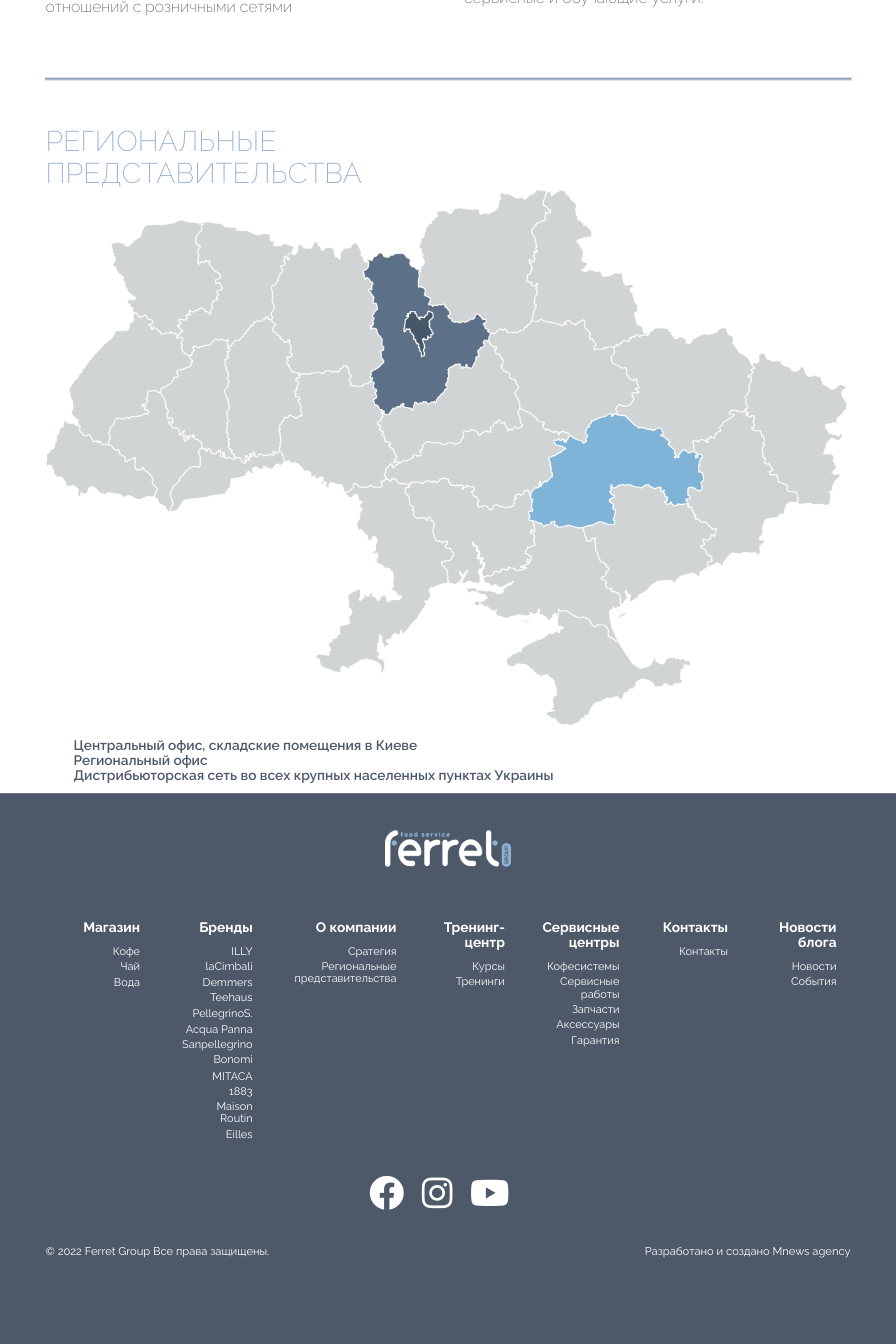
Repository: fanbear/ferret
Page: about.html
An editor plug-in stored every save of this project. The page is shown before and after the next save, followed by the edit.
The browser window is 1280 px wide. The pictures show the part of the page from y = 1323 to 3243 px (the page is 3243 px tall), at 70% of full size.

Above is the page before, as saved 2022-02-03 14:10:17.

### about.html
<!DOCTYPE html>
<html lang="en">

<head>
    <meta charset="UTF-8">
    <meta http-equiv="X-UA-Compatible" content="IE=edge">
    <meta name="viewport" content="width=device-width, initial-scale=1.0">
    <title>Document</title>
    <link preload
        href="https://fonts.googleapis.com/css2?family=Raleway:ital,wght@0,100;0,200;0,300;0,400;0,500;0,600;0,700;0,800;1,100;1,200;1,300;1,400;1,500;1,600;1,700&display=swap"
        rel="stylesheet">

    <link rel="stylesheet" href="./css/normalize.css">
    <link rel="stylesheet" href="./css/critical.css">
    <link rel="stylesheet" href="./css/media.css">

</head>

<body>
    <header class="flex-container main__header">
        <div class="flex-row">
            <div class="main__header-wrapper">
                <div class="header__wrapper-logo">
                    <a href=""><img src="./img/logotype.png" alt="ferretGroup" width="180" height="52"></a>
                </div>
                <nav class="header__wrapper-menu">
                    <ul>
                        <li><a href="#">Магазин</a></li>
                        <li><a href="#">Бренды</a></li>
                        <li class="active"><a href="#">О компании</a></li>
                        <li><a href="#">Тренинг-центр</a></li>
                        <li><a href="#">Сервисные центры</a></li>
                        <li><a href="#">Контакты</a></li>
                        <li><a href="#">Новости</a></li>
                    </ul>
                </nav>
                <div class="header__wrapper-actions">
                    <div class="wrapper__actions-search">
                        <a href="#"><img src="./img/search.png" alt="Поиск" width="28" height="28"></a>
                    </div>
                    <div class="wrapper__actions-language">
                        <a href="#">En</a>
                        <a class="active" href="#">Ua</a>
                    </div>
                    <div class="wrapper__actions-busket">
                        <img src="./img/basket.png" alt="корзина" width="28" height="25">
                        <span>1</span>
                    </div>
                </div>
            </div>
        </div>
    </header>
    <main class="flex-container main__content">
        <section class="about__head" style="background-image: url('./img/about-bg.webp');">
            <div class="flex-row">
                <div class="about__head-title">
                    <h1>
                        <span>О КОМПАНИИ</span>
                        <strong>Ferret Group</strong>
                        <hr>
                    </h1>
                </div>
                <div class="about__head-desc">
                    ООО «Феррет Груп» – профессиональная сервисная компания
                    предоставляющая оптимальный бизнес-комплекс, который включает в себя всемирно-известные бренды.
                </div>
            </div>
        </section>
        <section class="about__body">
            <div class="flex-row">
                <div class="breadcrumbs">
                    <ul>
                        <!-- Breadcrumb NavXT 7.0.2 -->
                        <li class="home post post-page">
                            <a title="Перейти к web-heaven." href="#">Главная</a>
                        </li>
                        <li class="post post-page current-item">
                            <span class="post post-page current-item">О компании</span>
                        </li>
                    </ul>
                </div>
                <div class="about__body-desc">
                    <div class="about__desc-item">
                        <h2>СТРАТЕГИЯ</h2>
                        <p>Долгосрочное партнерство и взаимовыгодное сотрудничество в сегментах КаБаРе и Офисов по
                            направлению премиальных
                            продуктов: кофе, чай и минеральные воды. Работа в сегменте Ритейл, путем построения
                            долгосрочных и прозрачных отношений
                            с розничными сетями</p>
                    </div>
                    <div class="about__desc-item">
                        <h2>КОНЦЕПЦИЯ</h2>
                        <p>«Феррет Груп» предоставляет оптимальный бизнес-комплекс, который включает в себя
                            всемирно-известные бренды: illy,
                            S.Pellegrino, Acqua Panna, la Cimbali, Althaus, а также сопутствующие сервисные и обучающие
                            услуги.</p>
                    </div>
                </div>
                <hr class="about__body-line">
                <div class="about__body-map">
                    <div class="about__map-title">РЕГИОНАЛЬНЫЕ
                        ПРЕДСТАВИТЕЛЬСТВА</div>
                    <div class="about__map-img">
                        <img src="./img/map.png" alt="РЕГИОНАЛЬНЫЕ ПРЕДСТАВИТЕЛЬСТВА ferretGroup">
                    </div>
                    <div class="about__map-desc">
                        <ul>
                            <li>Центральный офис, складские помещения в Киеве</li>
                            <li>Региональный офис</li>
                            <li>Дистрибьюторская сеть во всех крупных населенных
                                пунктах Украины</li>
                        </ul>
                    </div>
                </div>
            </div>
        </section>
    </main>
    <footer class="flex-containe main__footer">
        <div class="flex-row">
            <div class="main__footer-logotype"><img src="./img/logotype.png" alt="ferretGroup" width="180" height="52">
            </div>
            <div class="main__footer-menu">
                <div class="footer__menu-item">
                    <div class="footer__menu-item__title">Магазин</div>
                    <ul class="footer__menu-item__list">
                        <li><a href="#">Кофе</a></li>
                        <li><a href="#">Чай</a></li>
                        <li><a href="#">Вода</a></li>
                    </ul>
                </div>
                <div class="footer__menu-item">
                    <div class="footer__menu-item__title">Бренды</div>
                    <ul class="footer__menu-item__list">
                        <li><a href="#">ILLY</a></li>
                        <li><a href="#">laCimbali</a></li>
                        <li><a href="#">Demmers</a></li>
                        <li><a href="#">Teehaus</a></li>
                        <li><a href="#">Pellegrino</a>S.</li>
                        <li><a href="#">Acqua Panna</a></li>
                        <li><a href="#">Sanpellegrino</a></li>
                        <li><a href="#">Bonomi</a></li>
                        <li><a href="#">MITACA</a></li>
                        <li><a href="#">1883</a></li>
                        <li><a href="#">Maison Routin</a></li>
                        <li><a href="#">Eilles</a></li>
                    </ul>
                </div>
                <div class="footer__menu-item">
                    <div class="footer__menu-item__title">О компании</div>
                    <ul class="footer__menu-item__list">
                        <li><a href="#">Сратегия</a></li>
                        <li><a href="#">Региональные представительства</a></li>
                    </ul>
                </div>
                <div class="footer__menu-item">
                    <div class="footer__menu-item__title">Тренинг-центр</div>
                    <ul class="footer__menu-item__list">
                        <li><a href="#">Курсы</a></li>
                        <li><a href="#">Тренинги</a></li>
                    </ul>
                </div>
                <div class="footer__menu-item">
                    <div class="footer__menu-item__title">Сервисные центры</div>
                    <ul class="footer__menu-item__list">
                        <li><a href="#">Кофесистемы</a></li>
                        <li><a href="#">Сервисные работы</a></li>
                        <li><a href="#">Запчасти</a></li>
                        <li><a href="#">Аксессуары</a></li>
                        <li><a href="#">Гарантия</a></li>
                    </ul>
                </div>
                <div class="footer__menu-item">
                    <div class="footer__menu-item__title">Контакты</div>
                    <ul class="footer__menu-item__list">
                        <li><a href="#">Контакты</a></li>
                    </ul>
                </div>
                <div class="footer__menu-item">
                    <div class="footer__menu-item__title">Новости блога</div>
                    <ul class="footer__menu-item__list">
                        <li><a href="#">Новости</a> </li>
                        <li><a href="#">События</a></li>
                    </ul>
                </div>
            </div>
            <div class="main__footer-social">
                <a href="#"><i class="fab fa-facebook"></i></a>
                <a href="#"><i class="fab fa-instagram"></i></a>
                <a href=""><i class="fab fa-youtube"></i></a>
            </div>
            <div class="main__footer-bottom">
                <div class="footer__bottom-item"><a href="#">© 2022 Ferret Group Все права защищены.</a></div>
                <div class="footer__bottom-item"><a href="#">Разработано и создано Mnews agency</a></div>
            </div>
        </div>



        <link rel="stylesheet" href="./css/main.css">
        <link rel="stylesheet" type="text/css" href="./css/slick.css" />
        <link preload rel="stylesheet" href="https://use.fontawesome.com/releases/v5.15.4/css/all.css"
            integrity="sha384-DyZ88mC6Up2uqS4h/KRgHuoeGwBcD4Ng9SiP4dIRy0EXTlnuz47vAwmeGwVChigm" crossorigin="anonymous">
        <script src="https://code.jquery.com/jquery-3.6.0.min.js"
            integrity="sha256-/xUj+3OJU5yExlq6GSYGSHk7tPXikynS7ogEvDej/m4=" crossorigin="anonymous"></script>
        <script src="https://ajax.googleapis.com/ajax/libs/jquery/1.12.3/jquery.min.js"></script>
        <script type="text/javascript" src="./js/slick.min.js"></script>

        <script src="./js/main.js"></script>
        <script>
            $(document).ready(function () {
                $('').slick({
                    slidesToShow: 1,
                    slidesToScroll: 1,
                    rows: 3,
                    slidesPerRow: 3,
                    // autoplay: true,
                    infinite: false,
                    autoplaySpeed: 2000,
                    prevArrow: "<button type='button' class='slick-prev pull-left'><span class='btn-arrow'></span></button>",
                    nextArrow: "<button type='button' class='slick-next pull-left'><span class='btn-arrow'></button>",
                });
            });
        </script>
    </footer>

</body>

</html>

### css/main.css
/* Стрелка в кнопках */
.btn-arrow {
    width: 56px;
    background: white;
    height: 2px;
    display: flex;
    margin-left: 12px;
    position: relative;
}

.btn-arrow::before {
    content: '';
    display: block;
    width: 10px;
    height: 2px;
    background: inherit;
    right: -1px;
    position: absolute;
    transform: rotate(45deg);
    top: -3px;
}

.btn-arrow::after {
    content: '';
    display: block;
    width: 10px;
    height: 2px;
    background: inherit;
    right: -1px;
    position: absolute;
    transform: rotate(-45deg);
    top: 3px;
}

/* Портфолио */
.main__text {
    height: 90px;
    width: 100%;
    background-color: #4d5868;
    display: flex;
    align-items: center;
}

.main__text-item {
    font-size: 2.4em;
}

.main__text-link {
    margin-top: 30px;
    border: 1px solid white;
    border-radius: 10px;
    padding: 13px 45px 11px 50px;
    max-width: 400px;
    margin: 0 auto;
}

.main__text-link a {
    font-size: 1.45em;
    display: flex;
    align-items: center;
}

.briefcase__item {
    background-size: cover;
    background-repeat: no-repeat;
    background-position: center;
    padding: 228px 0 172px 0;
}

.briefcase__item-right {
    display: flex;
    align-items: flex-end;
    flex-direction: column;
    margin: 0 right;
}

.briefcase__item-left {
    display: flex;
    align-items: flex-start;
    flex-direction: column;
    margin: 0 right;
}

.briefcase__item-title {
    font-size: 3.59em;
    font-weight: 600;
}

.briefcase__item-text {
    margin-top: 10px;
    font-size: 1.8em;
    max-width: 490px;
}

.briefcase__item-link {
    margin-top: 30px;
    border: 1px solid white;
    border-radius: 10px;
    padding: 16px 12px 12px 16px;
}

.briefcase__item-left .briefcase__item-link {
    margin-top: 60px;
}

.briefcase__item-link a {
    font-size: 1.45em;
    display: flex;
    align-items: center;
    font-weight: 700;
}

/* Про компанию */
.about {
    background-color: #8fb2d5;
}

.about__wrapper-item {
    display: flex;
    justify-content: space-between;
    flex: wrap;
}

.about__wrapper-text {
    flex: 1 1 50%;
    margin-right: 15px;
    padding: 85px 0 36px 0;
}

.about__wrapper-img {
    flex: 1 1 50%;
    margin-left: 15px;
    background-size: cover;
    background-repeat: no-repeat;
}


.about__wrapper-title {
    font-size: 2.4em;
    font-weight: bold;
    text-transform: uppercase;
}

.about__wrapper-desc {
    margin: 75px 0 46px 80px;
    font-size: 1.8em;
    color: #000000;
    font-weight: 300;
    word-break: break-all;
}

.about__wrapper-link {
    display: flex;
}

.about__wrapper-link a {
    border: 1px solid white;
    border-radius: 10px;
    padding: 24px 16px 18px 22px;
    display: flex;
    align-items: center;
    font-size: 1.8em;
    font-weight: 600;
}

/* Новости блога */
.blog__news {
    padding-top: 80px;
    padding-bottom: 120px;
}

.blog__news-text {
    display: flex;
    justify-content: space-between;
    align-items: center;
    margin-bottom: 43px;
}

.news-text__title {
    font-size: 2.3em;
    font-weight: 700;
    color: #4d5868;
    text-transform: uppercase;
}

.news-text__link a {
    color: #8fb2d5;
    font-size: 1.2em;
    display: flex;
    align-items: center;
}

.news-text__link span {
    background: #8fb2d5;
}

.slider__item {
    display: flex;
    flex-direction: column;
    align-items: center
}

.slider__item-image {
    width: 100%;
    height: 267px;
    display: flex;
    background-size: cover;
    background-repeat: no-repeat;
    background-position: center;
}

.slider__item-title {
    height: 115px;
    display: flex;
    align-items: center;
    padding: 0 20px;
    background: #4d5868;
    box-sizing: border-box;
    font-size: 1.2em;
    font-weight: 700;
    margin-top: -1px;
    /* word-break: break-all; */
}

.slider__item-text {
    height: 150px;
    border: 1px solid #4d5868;
    border-radius: 0 0px 10px 10px;
    box-sizing: border-box;
    padding: 10px 20px 0 20px;
    display: flex;
    flex-direction: column;
    justify-content: space-between;
    /* word-break: break-all; */
}

.slider__item-text p {
    color: #000000;
    font-size: 1.2em;
    font-weight: 300;
    margin: 0;
}

.slider__item-text-link {
    margin: 15px 0;

}

.slider__item-text-link a {
    height: 15px;
    display: flex;
    align-items: center;
}

.slider__item-text-link a span {
    background: #8fb2d5;
    margin: 0;

}

.blog__news-slider .slick-slide {
    margin: 0 15px;
}

.blog__news-slider .slick-list {
    margin: 0 -15px !important;
}

.blog__news-slider .slick-prev,
.blog__news-slider .slick-next {
    border: 0;
    position: absolute;
    top: calc(50% - 22px);
    height: 43px;
    width: 63px;
    background: #8fb2d5;
    display: flex;
    justify-content: center;
    align-items: center;
    z-index: 1;
    cursor: pointer;
}

.blog__news-slider .slick-prev {
    border-radius: 0 10px 10px 0;
}

.blog__news-slider .slick-next {
    right: 0;
    border-radius: 10px 0 0 10px;
}

.blog__news-slider .slick-prev span {
    margin: 0;
    transform: rotate(180deg);
}

.blog__news-slider .slick-next span {
    marign: 0;
}

/* Footer */
.main__footer {
    background: #4d5868;
    padding-bottom: 125px;
}

.main__footer-logotype {
    margin: 53px auto 73px auto;
}

.main__footer-menu {
    display: flex;
    justify-content: space-between;
}

.footer__menu-item {
    flex: 1 1 calc(100% / 7);
    padding-right: 20px;
}

.footer__menu-item__title {
    font-size: 1.4em;
    font-weight: bold;
    text-align: right;
}

.footer__menu-item__list li {
    list-style: none;
    text-align: right;
    font-size: 1.12em;
    margin-bottom: 5px;
}

.main__footer-social {
    display: flex;
    justify-content: center;
    align-items: center;
    margin-top: 35px;
    margin-bottom: 50px;
}

.main__footer-social a {
    margin-right: 25px;

}

.main__footer-social a i {
    font-size: 50px;
}

.main__footer-bottom {
    display: flex;
    justify-content: space-between;
    align-items: center;
}

.footer__bottom-item a {
    font-size: 1.14em;
}


/* Шаблон страницы бренда */
.brand__product-filter {
    margin-top: 90px;
    margin-bottom: 76px;
    display: flex;
    flex-wrap: wrap;
    margin-left: -33px;
    margin-right: -33px;
}

.filter__item {
    flex: 1 1 calc(100% / 3 - 66px);
    margin: 23px 33px;
    height: 105px;
    overflow-y: hidden;
    border-bottom: 1px solid #4d5868;
    transition: 0.3s ease-out;
}

.filter__item-title a {
    font-size: 1.8em;
    color: #4d5868;
    font-weight: 200;
}

.filter__item-active {
    border-bottom: 1px solid #98b0d2;
}

.filter__item-active a {
    color: #98b0d2;
    font-weight: 400;
    transition: 0.3s ease-out;
}

.filter__item:hover .filter__item-title a {
    color: #98b0d2;
    transition: 0.3s ease-in;
}

.filter__item:hover {
    border-bottom: 1px solid #98b0d2;
    transition: 0.3s ease-in;
}

.product__group-title {
    display: flex;
    justify-content: space-between;
    align-items: center;
}

.product__group-btn__all {
    color: #4d5868;
    font-size: 1.4em;
    font-weight: 500;
    cursor: pointer;
    border-bottom: 1px solid transparent;
    transition: 0.4s;
}

.product__group-btn__all:hover {
    border-bottom: 1px solid #4d5868;
    transition: 0.4s;
}

.product__group-title h2 {
    color: #4d5868;
    font-size: 2.3em;
    font-weight: 500;
    margin-bottom: 40px;
}

.brand__product-wrapper {
    padding-bottom: 117px;
}

.product__group {
    display: flex !important;
    flex-wrap: wrap;
    max-height: calc(362px * 3 + 90px);
    height: auto;
    overflow-y: hidden;
    margin: 0 -15px;
}

.group__item-product {
    width: calc(100% / 3 - 30px);
    margin: 15px 15px;
    height: 362px;
    display: flex;
    justify-content: center;
    align-items: center;
    border-radius: 10px;
    border: 1px solid #8fb2d5;
    box-sizing: border-box;
    position: relative;
    animation: product-unhover 0.8s;
}

.group__item-product-hide {
    display: none;
}

.group__item-product-show {
    display: flex;
    animation: product-show 0.8s;
}

.group__item-product img {
    width: 100%;
}

.group__item-product span {
    position: absolute;
    bottom: 0;
    width: 0;
    background: #4d5868;
    height: 1px;
    width: 0;
    display: block;
    animation: product-unhover-span 0.4s;
}

.group__item-product:hover {
    border: 1px solid transparent;
    border-radius: 0;
    animation: product-hover 0.4s;
}

.group__item-product:hover span {
    width: 100%;
    animation: product-hover-span 0.8s;
}

@keyframes product-hover {
    0% {
        border-radius: 10px;
        border: 1px solid #8fb2d5;
    }

    50% {
        border-radius: 5px;
        border: 1px solid #c3dcf5;
    }

    100% {
        border-radius: 0;
        border: 1px solid transparent;
    }
}

@keyframes product-unhover {
    0% {
        border-radius: 0;
        border: 1px solid transparent;
    }

    50% {
        border-radius: 5px;
        border: 1px solid #c3dcf5;
    }

    100% {
        border-radius: 10px;
        border: 1px solid #8fb2d5;
    }
}

@keyframes product-hover-span {
    0% {
        width: 0;
    }

    100% {
        width: 100%;
    }
}

@keyframes product-unhover-span {
    0% {
        width: 100%;
    }

    100% {
        width: 0;
    }
}

@keyframes product-show {
    0% {
        transform: scale(0.2);
    }

    100% {
        transform: scale(1);
    }
}

.brand__product-more {
    color: #4d5868;
    font-size: 1.3em;
    display: none;
    width: 200px;
    justify-content: center;
    align-items: center;
    border: 1px solid #4d5868;
    padding: 15px;
    margin: 25px auto;
    cursor: pointer;
}

.brand__product-more__show {
    display: flex;
}

/* О нашей компании */
.about__body-desc {
    display: flex;
    justify-content: space-between;
    align-items: center;
}

.about__desc-item {
    display: flex;
    flex-direction: column;
    flex: 0 0 48%;
    margin-bottom: 90px;
}

.about__desc-item h2 {
    color: #98b0d2;
    font-size: 2.9em;
    font-weight: 400;
    margin: 0 0 24px 0;
}

.about__desc-item p {
    font-size: 1.6em;
    color: #4d5868;
    margin: 0;
    font-weight: 200;
}

.about__body-line {
    margin: 0;
    height: 2px;
    width: 100%;
    background-color: #98b0d2;
}

.about__body-map {
    display: flex;
    flex-direction: column;
    margin-top: 65px;
}

.about__map-title {
    font-size: 2.9em;
    color: #98b0d2;
    font-weight: 200;
    max-width: 45%;
}

.about__map-desc ul li {
    font-size: 1.4em;
    list-style: none;
    font-weight: 200;
    color: #4d5868;
}

.about__map-desc ul li:nth-child(1) {
    color: #4d5868;
    font-weight: 600;
}

.about__map-desc ul li:nth-child(2) {
    color: #4d5868;
    font-weight: 600;
}

.about__map-desc ul li:nth-child(3) {
    color: #4d5868;
    font-weight: 600;
}

Loaded but not shown: css/normalize.css (library); css/slick.css (common file); js/slick.min.js (library); js/main.js (131 lines, source omitted); css/critical.css (374 lines, source omitted); css/media.css (no stored copy; drawn as an empty file)

After the next save:
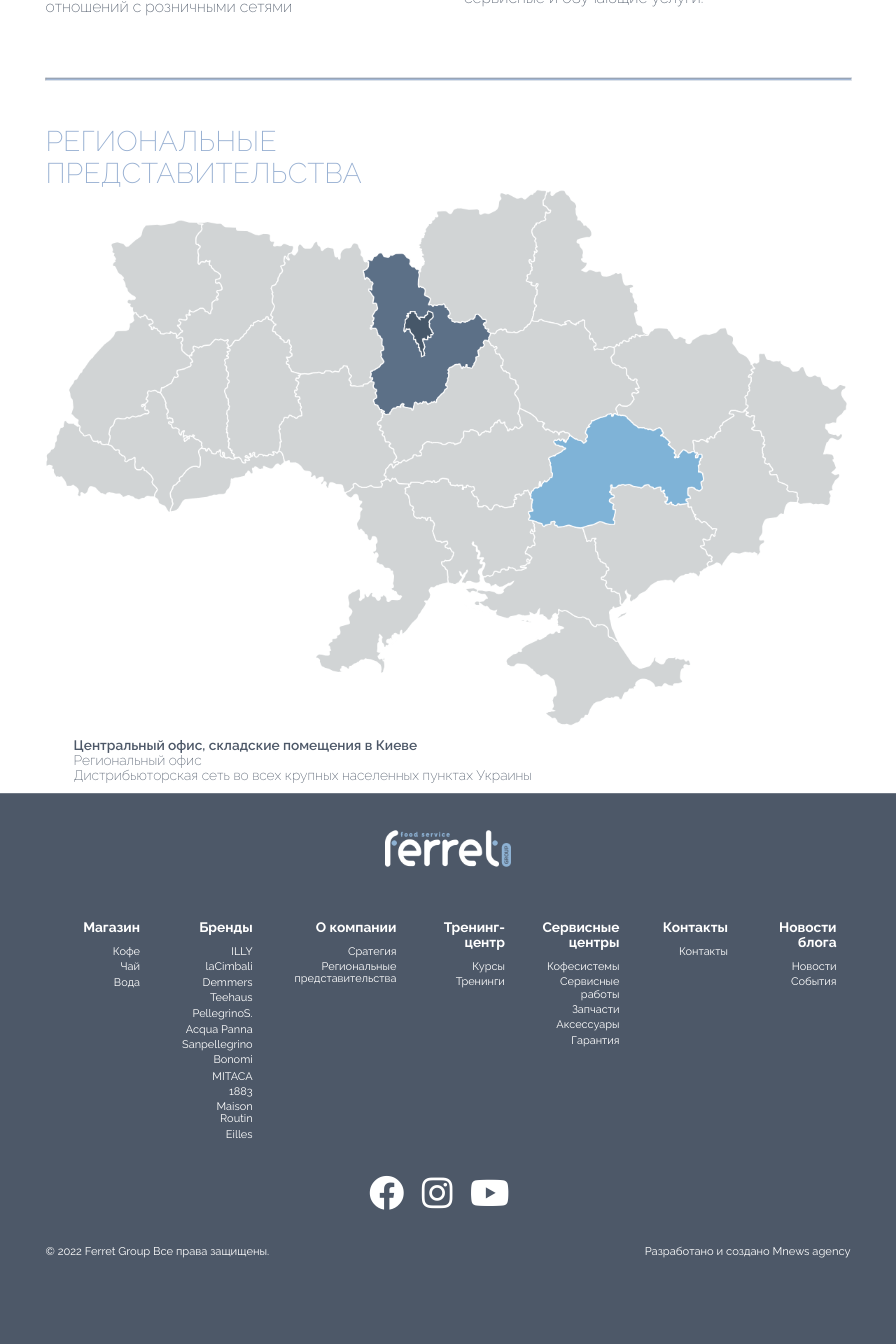
Saved 8 s later.
--- a/css/main.css
+++ b/css/main.css
@@ -637,10 +637,10 @@
 
 .about__map-desc ul li:nth-child(2) {
     color: #4d5868;
-    font-weight: 600;
+
 }
 
 .about__map-desc ul li:nth-child(3) {
     color: #4d5868;
-    font-weight: 600;
-}
+
+}
